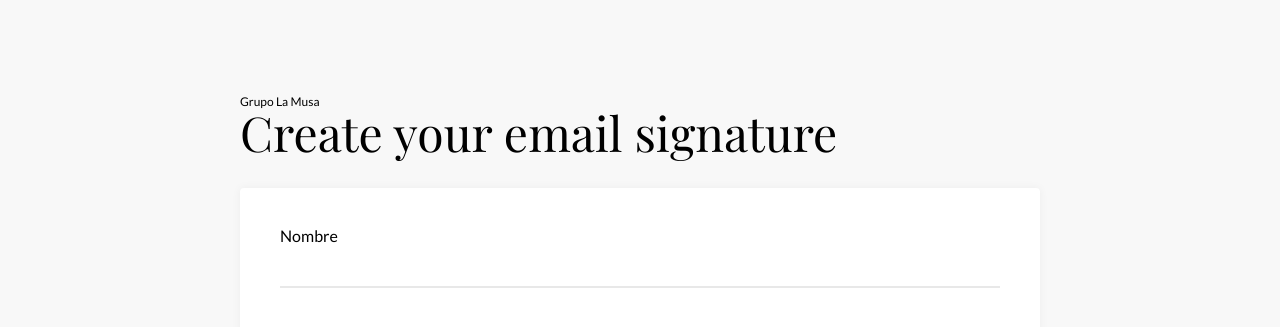
Repository: beltranrengifo/signature-planta
Page: /
An editor plug-in stored every save of this project. The page is shown before and after the next save, followed by the edit.
The browser window is 1280 px wide. The pictures show the whole page.
The project was rebuilt for these pictures with package versions that can differ from the ones it lists, and the page was loaded fresh each time. Also part of the build but not shown: vue.config.js.

Above is the page before, as saved 2019-08-30 16:50:34.

After the next save:
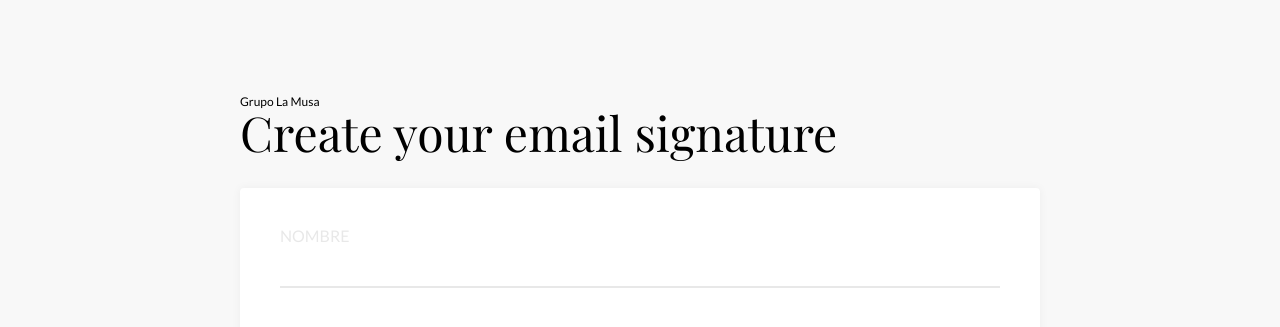
Saved 4 min 16 s later.
--- a/src/assets/scss/_form.scss
+++ b/src/assets/scss/_form.scss
@@ -7,3 +7,8 @@
     outline: none;
   }
 }
+
+label {
+  text-transform: uppercase;
+  color: $--color-grey-medium;
+}
